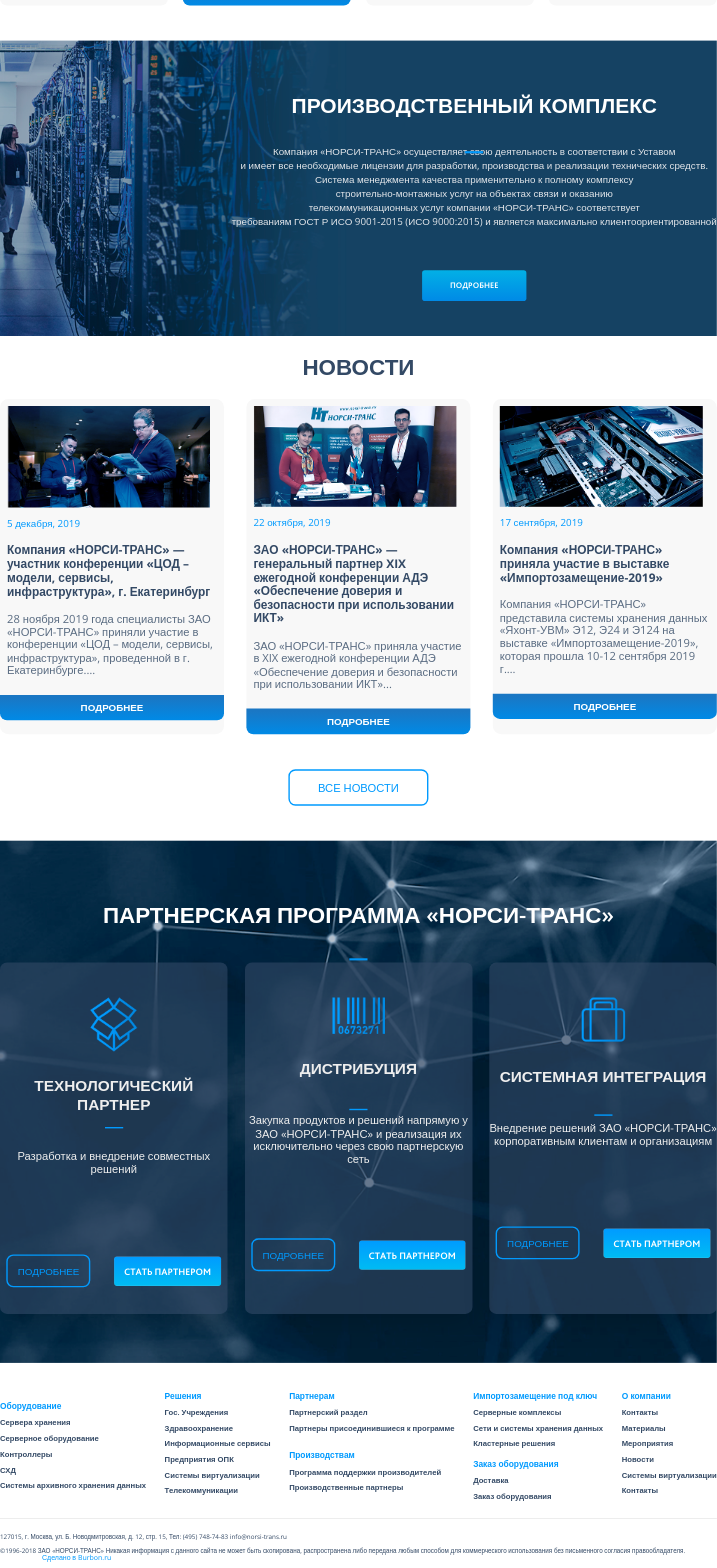
Repository: frostnn/testTaskBurbon
Page: app/index.html
The author's editor kept a copy of each file at every save. The page is drawn from the files as they stood at one save, then again after the next save.
The browser window is 1024 px wide. The pictures show the part of the page from y = 1120 to 3360 px (the page is 3360 px tall before and 3340 px after), at 70% of full size.
The style sheet was rebuilt from its Sass, Less or Tailwind sources for each picture, by a compiler version that may differ from the author's.

Above is the page before, as saved 2020-07-16 11:25:14.

### app/index.html
<!DOCTYPE html>
<html lang="en">
<head>
  <meta charset="UTF-8">
  <meta name="viewport" content="width=device-width, initial-scale=1.0">
  <meta http-equiv="X-UA-Compatible" content="ie=edge">
  <link rel="stylesheet" href="css/style.min.css">
  <title>Test task</title>
</head>
<body>
  <div class="bg-test">
    <header class="header">
        <div class="header-logo">
          <img src="./img/NT_logo_color.png" alt="Логотип" class="header-logo__img">
        </div>
        <nav class="header-nav">
          <ul class="header-nav__list">
            <li class="header-nav__list-item">
              <a href="#" class="header-nav__list-link">оборудование</a>
            </li>
            <li class="header-nav__list-item">
              <a href="#" class="header-nav__list-link">решения</a>
            </li>
            <li class="header-nav__list-item">
              <a href="#" class="header-nav__list-link">партнерам</a>
            </li>
            <li class="header-nav__list-item">
              <a href="#" class="header-nav__list-link">производствам</a>
            </li>
            <li class="header-nav__list-item">
              <a href="#" class="header-nav__list-link">импортозамещение под ключ</a>
            </li>
            <li class="header-nav__list-item">
              <a href="#" class="header-nav__list-link">заказ оборудования</a>
            </li>
            <li class="header-nav__list-item">
              <a href="#" class="header-nav__list-link">о компании</a>
            </li>
          </ul>
        </nav>
        <div class="header-search">
          <img src="./img/search.png" alt="Поиск" class="header-search__img">
        </div>
    </header>
    <section class="slider">
      <div class="slider-block">
        <div class="slider-block__content">
          <h1 class="slider-block__content-title">Яхонт-увм э24</h1>
          <p class="slider-block__content-text">
            программно-аппаратный комплекс высокопроизводительной загрузки <br>
            и накопления массивов CDR/IPDR данных, выполнения задач<br>
            по их обработке
          </p>
          <a href="#" class="slider-block__content-link btn">Подробнее</a>
        </div>
        <div class="slider-block__content">
          <h1 class="slider-block__content-title">Яхонт-увм э24</h1>
          <p class="slider-block__content-text">
            программно-аппаратный комплекс высокопроизводительной загрузки <br>
            и накопления массивов CDR/IPDR данных, выполнения задач<br>
            по их обработке
          </p>
        <!--  <img src="./img/VPS.png" alt="" class="slider-block__content-img"> -->
          <a href="#" class="slider-block__content-link btn">Подробнее</a>
        </div>
        <div class="slider-block__content">
          <h1 class="slider-block__content-title">Яхонт-увм э24</h1>
          <p class="slider-block__content-text">
            программно-аппаратный комплекс высокопроизводительной загрузки <br>
            и накопления массивов CDR/IPDR данных, выполнения задач<br>
            по их обработке
          </p>
          <a href="#" class="slider-block__content-link btn">Подробнее</a>
        </div>
      </div>
    </section>
  </div>
  <section class="industries">
    <h2 class="industries-title">Наши отрасли</h2>
    <div class="industries-block">
      <div class="industries-block__content">
        <img src="./img/healths.png" alt="healths" class="industries-block__content-img">
        <h3 class="industries-block__content-title">Здравоохранение</h3>
        <p class="industries-block__content-text">
          Системы хранения данных. Интеграция
          в действующую ИКТ-структуру. Программно-аппаратный комплекс «Яхонт-ЭМК»,
          предназначенный для хранения и ведения медицинских интегрированных архивов
        </p>
        <a href="" class="industries-block__content-link">Подробнее</a>
      </div>
      <div class="industries-block__content">
        <img src="./img/gov.png" alt="government" class="industries-block__content-img">
        <h3 class="industries-block__content-title">Государственный сектор </h3>
        <p class="industries-block__content-text">
          Системы хранения данных. Интеграция в действующую ИКТ-структуру.
          Импортонезависимый программно-аппаратный комплекс систем электронного документооборота
          и аналитической отчетности
        </p>
        <a href="" class="industries-block__content-link">Подробнее</a>
      </div>
      <div class="industries-block__content">
        <img src="./img/telecom.png" alt="telecom" class="industries-block__content-img">
        <h3 class="industries-block__content-title">Телекоммуникации</h3>
        <p class="industries-block__content-text">
          Системы хранения данных. Интеграция в действующую ИКТ-структуру.
          Программно-аппаратный комплекс «Яхонт-ЭМК»,
          предназначенный для хранения и ведения медицинских интегрированных архивов
        </p>
        <a href="" class="industries-block__content-link">Подробнее</a>
      </div>
      <div class="industries-block__content">
        <img src="./img/opk.png" alt="opk" class="industries-block__content-img">
        <h3 class="industries-block__content-title">Предприятия ОПК</h3>
        <p class="industries-block__content-text">
          Системы хранения данных. Интеграция в действующую ИКТ-структуру.
          Импортонезависимый программно-аппаратный комплекс систем электронного документооборота
          и аналитической отчетности
        </p>
        <a href="#" class="industries-block__content-link">Подробнее</a>
      </div>
    </div>
  </section>
  <main class="production">
    <div class="production-wrapper">
      <div class="production-block">
        <h2 class="production-block__title">Производственный комплекс</h2>
        <p class="production-block__text">
          Компания «НОРСИ-ТРАНС» осуществляет свою деятельность в соответствии с Уставом <br>
          и имеет все необходимые лицензии для разработки, производства и реализации технических средств.<br>
          Система менеджмента качества применительно к полному комплексу<br>
          строительно-монтажных услуг на объектах связи и оказанию <br>
          телекоммуникационных услуг компании «НОРСИ-ТРАНС» соответствует <br>
          требованиям ГОСТ Р ИСО 9001-2015 (ИСО 9000:2015) и является максимально клиентоориентированной
        </p>
        <a href="#" class="production-block__link btn">подробнее</a>
      </div>
    </div>
  </main>
  <section class="news">
    <h2 class="news-title">Новости</h2>
      <div class="news-block">
        <div class="news-block__content">
          <img src="./img/news_1.png" alt="news_img" class="news-block__content-img">
          <span class="news-block__content-date">5 декабря, 2019</span>
          <h4 class="news-block__content-title">
            Компания «НОРСИ-ТРАНС» — участник конференции «ЦОД – модели,
            сервисы, инфраструктура», г. Екатеринбург
          </h4>
          <p class="news-block__content-text">
            28 ноября 2019 года специалисты ЗАО «НОРСИ-ТРАНС»
            приняли участие в конференции «ЦОД – модели, сервисы,
            инфраструктура», проведенной в г. Екатеринбурге.…
          </p>
          <a href="#" class="news-block__content-link">Подробнее</a>
        </div>
          <div class="news-block__content">
            <img src="./img/news_2.png" alt="news_img" class="news-block__content-img">
            <span class="news-block__content-date">22 октября, 2019</span>
            <h4 class="news-block__content-title">
              ЗАО «НОРСИ-ТРАНС» — генеральный партнер XIX
              ежегодной конференции АДЭ «Обеспечение доверия
              и безопасности при использовании ИКТ»
            </h4>
            <p class="news-block__content-text">
              ЗАО «НОРСИ-ТРАНС» приняла участие в XIX ежегодной конференции
              АДЭ «Обеспечение доверия и безопасности при использовании ИКТ»...
            </p>
            <a href="#" class="news-block__content-link">Подробнее</a>
          </div>
          <div class="news-block__content">
            <img src="./img/news_3.png" alt="news_img" class="news-block__content-img">
            <span class="news-block__content-date">17 сентября, 2019</span>
            <h4 class="news-block__content-title">
              Компания «НОРСИ-ТРАНС» приняла участие
              в выставке «Импортозамещение-2019»
            </h4>
            <p class="news-block__content-text">
              Компания «НОРСИ-ТРАНС» представила системы хранения данных
              «Яхонт-УВМ» Э12, Э24 и Э124 на выставке «Импортозамещение-2019»,
              которая прошла 10-12 сентября 2019 г.…
            </p>
            <a href="#" class="news-block__content-link">Подробнее</a>
          </div>
      </div>
      <div class="btn-wrapper">
        <button class="news-btn">Все новости</button>
      </div>
  </section>
  <section class="program">
    <div class="program-wrapper">
      <h2 class="program-title">Партнерская программа «НОРСИ-ТРАНС» </h2>
      <div class="program-block__wrapper">
        <div class="program-block">
          <img src="./img/box.png" alt="box" class="program-block__img">
          <h5 class="program-block__title">Технологический партнер</h5>
          <p class="program-block__text">Разработка и внедрение совместных решений </p>
          <div class="program-block__btn">
            <a href="#" class="program-block__btn-link">подробнее</a>
            <button class="program-block__btn-btn btn">стать партнером</button>
          </div>
        </div>
        <div class="program-block">
          <img src="./img/code.png" alt="box" class="program-block__img">
          <h5 class="program-block__title">Дистрибуция</h5>
          <p class="program-block__text">
            Закупка продуктов и решений напрямую у ЗАО «НОРСИ-ТРАНС»
            и реализация их исключительно через свою партнерскую сеть
          </p>
          <div class="program-block__btn">
            <a href="#" class="program-block__btn-link">подробнее</a>
            <button class="program-block__btn-btn btn">стать партнером</button>
          </div>
        </div>
        <div class="program-block">
          <img src="./img/case.png" alt="box" class="program-block__img">
          <h5 class="program-block__title">Системная интеграция</h5>
          <p class="program-block__text">
            Внедрение решений ЗАО «НОРСИ-ТРАНС»
            корпоративным клиентам и организациям
          </p>
          <div class="program-block__btn">
            <a href="#" class="program-block__btn-link">подробнее</a>
            <button class="program-block__btn-btn btn">стать партнером</button>
          </div>
        </div>
      </div>
    </div>
  </section>
  <footer class="footer">
    <div class="footer-nav">
      <div class="equipment-block">
        <ul class="equipment-block__list">
          <li class="equipment-block__list-title">Оборудование</li>
          <li class="equipment-block__list-item"> <a href="#" class="equipment-block__item-link"> Сервера хранения</a></li>
          <li class="equipment-block__list-item"> <a href="#" class="equipment-block__item-link">Серверное оборудование</a></li>
          <li class="equipment-block__list-item"> <a href="#" class="equipment-block__item-link"> Контроллеры</a></li>
          <li class="equipment-block__list-item"> <a href="#" class="equipment-block__item-link">СХД</a></li>
          <li class="equipment-block__list-item"> <a href="#" class="equipment-block__item-link">Системы архивного хранения данных</a></li>
        </ul>
      </div>
      <div class="decisions-block">
        <ul class="decisions-block__list">
          <li class="decisions-block__list-title">Решения</li>
          <li class="decisions-block__list-item"> <a href="#" class="decisions-block__item-link"> Гос. Учреждения</a></li>
          <li class="decisions-block__list-item"> <a href="#" class="decisions-block__item-link">Здравоохранение</a></li>
          <li class="decisions-block__list-item"> <a href="#" class="decisions-block__item-link">Информационные сервисы</a></li>
          <li class="decisions-block__list-item"> <a href="#" class="decisions-block__item-link">Предприятия ОПК</a></li>
          <li class="decisions-block__list-item"> <a href="#" class="decisions-block__item-link">Системы виртуализации</a></li>
          <li class="decisions-block__list-item"> <a href="#" class="decisions-block__item-link">Телекоммуникации</a></li>
        </ul>
      </div>
      <div class="partners-block">
        <ul class="partners-block__list">
          <li class="partners-block__list-title">Партнерам</li>
          <li class="partners-block__list-item"> <a href="#" class="partners-block__item-link">Партнерский раздел</a></li>
          <li class="partners-block__list-item"> <a href="#" class="partners-block__item-link">Партнеры присоединившиеся к программе</a></li>
        </ul>
        <ul class="productions-block__list">
          <li class="productions-block__list-title">Производствам</li>
          <li class="productions-block__list-item"> <a href="#" class="productions-block__item-link">Программа поддержки производителей</a></li>
          <li class="productions-block__list-item"> <a href="#" class="productions-block__item-link">Производственные партнеры</a></li>
        </ul>
      </div>
      <div class="import-block">
        <ul class="import-block__list">
          <li class="import-block__list-title">Импортозамещение под ключ</li>
          <li class="import-block__list-item"> <a href="#" class="import-block__item-link"> Серверные комплексы</a></li>
          <li class="import-block__list-item"> <a href="#" class="import-block__item-link">Сети и системы хранения данных</a></li>
          <li class="import-block__list-item"> <a href="#" class="import-block__item-link">Кластерные решения</a></li>
        </ul>
        <ul class="equipment-block__list">
          <li class="equipment-block__list-title">Заказ оборудования</li>
          <li class="equipment-block__list-item"> <a href="#" class="equipment-block__item-link">Доставка</a></li>
          <li class="equipment-block__list-item"> <a href="#" class="equipment-block__item-link">Заказ оборудования</a></li>
        </ul>
      </div>
      <div class="nav-block">
        <ul class="nav-block__list">
          <li class="nav-block__list-title" >О компании</li>
          <li class="nav-block__list-item" > <a href="#" class="nav-block__item-link">Контакты</a></li>
          <li class="nav-block__list-item" > <a href="#" class="nav-block__item-link">Материалы</a></li>
          <li class="nav-block__list-item" > <a href="#" class="nav-block__item-link">Мероприятия</a></li>
          <li class="nav-block__list-item" > <a href="#" class="nav-block__item-link">Новости</a></li>
          <li class="nav-block__list-item" > <a href="#" class="nav-block__item-link">Системы виртуализации</a></li>
          <li class="nav-block__list-item" > <a href="#" class="nav-block__item-link">Контакты</a></li>
        </ul>
      </div>
    </div>
    <div class="subfooter">
      <p class="subfooter-contacts">
        127015, г. Москва, ул. Б. Новодмитровская,
        д. 12, стр. 15, Тел: <a href="tel:(495) 748-74-83" class="subfooter-contacts__link">(495) 748-74-83</a> <a href="mailto:info@norsi-trans.ru" class="subfooter-contacts__link">info@norsi-trans.ru</a>
      </p>
      <p class="subfooter-info">
        ©1996-2018 ЗАО «НОРСИ-ТРАНС» Никакая информация с данного сайта не может быть скопирована,
        распространена либо передана любым способом для коммерческого использования без письменного согласия правообладателя.
        <a href="https://burbon.ru/" class="subfooter-link">Сделано в Burbon.ru</a>
      </p>

    </div>
  </footer>
  <script src="https://ajax.googleapis.com/ajax/libs/jquery/3.4.1/jquery.min.js"></script>
  <script src="js/libs.min.js"></script>
  <script src="js/main.js"></script>
</body>
</html>

### app/scss/_vars.scss
$white: #fff;
$blue: #019afe;

### app/scss/_fonts.scss
@import url('https://fonts.googleapis.com/css2?family=Open+Sans:wght@300;400;600;700;800&display=swap');
@font-face {
  font-family: 'Bliss Pro Bold';
  src: url('../fonts/BlissPro-Bold.eot');
  src: url('../fonts/BlissPro-Bold.eot?#iefix') format('embedded-opentype'),
  url('../fonts/BlissPro-Bold.woff') format('woff'),
  url('../fonts/BlissPro-Bold.ttf') format('truetype');
  font-weight: normal;
  font-style: normal;
  }

### app/scss/_global.scss
html {
  box-sizing: border-box;
}
body {
  font-family: 'Open Sans', sans-serif;
}
*,
*::before,
*::after {

  box-sizing: inherit;
}
a {
  display: inline;
  text-decoration: none;
  color: #fff;
}
ul,
li {
  list-style: none;
  margin: 0;
  padding: 0;
}

### app/scss/_media.scss
@media (max-width: 1452px) {
  .footer,
  .news,
  .industries,
  .production-wrapper,
  .program-wrapper,
  .header,
  .slider {
    max-width: 1350px;
  }
  .header-nav__list {
    .header-nav__list-item {
      margin-right: 30px;
    }
    .header-nav__list-link {
      font-size: 12px;
    }
  }
  .slider-block__content-title {
    font-size: 42px;
  }
  .slider-block__content-text {
    font-size: 18px;
  }
  .industries-block__content {
    max-width: 320px;
    .industries-block__content-title {
      font-size: 16px;
    }
    .industries-block__content-text {
      font-size: 14px;
    }
    .industries-block__content-img {
      max-width: 320px;
    }
  }
  .production {
    background-position: center;
  }
  .news-block__content {
    max-width: 430px;
    .news-block__content-img {
      max-width: 420px;
    }
    .news-block__content-title {
      font-size: 18px;

    }
    .news-block__content-date {
      font-size: 14px;

    }
    .news-block__content-text {
      font-size: 18px;
    }
  }
  .program-block {
    width: 424px;
  }
  .program-block .program-block__btn-btn {
    padding: 15px 20px;
  }
  .program-block .program-block__btn-link {
    padding: 12px 28px;
  }
  .footer-nav {
    .equipment-block__list-title,
    .decisions-block__list-title,
    .partners-block__list-title,
    .productions-block__list-title,
    .import-block__list-title,
    .equipment-block__list-title,
    .nav-block__list-title {
      font-size: 12px;
    }
    a {
      font-size: 11px;
    }
  }
  .subfooter {
    .subfooter-contacts {
      font-size: 9px;
    }
    .subfooter-info{
      font-size: 9px;
    }
    .subfooter-link {
      font-size: 10px;
      margin-left: 60px;
    }
  }
}
@media (max-width: 1360px) {
  .footer,
  .news,
  .industries,
  .production-wrapper,
  .program-wrapper,
  .header,
  .slider {
    max-width: 1280px;
  }
  .industries-block__content {
    max-width: 300px;
    .industries-block__content-img {
      max-width: 300px;
    }
  }
  .news-block__content {
    max-width: 420px;
    .news-block__content-img {
      max-width: 410px;
    }
  }
  .program-block {
    width: 413px;
  }

}

@media (max-width: 1245px) {
  .footer,
  .news,
  .industries,
  .production-wrapper,
  .program-wrapper,
  .header,
  .slider {
    max-width: 1190px;
  }
  .industries-block__content {
    max-width: 280px;
    .industries-block__content-img {
      max-width: 280px;
    }
  }
  .news-block__content {
    max-width: 380px;
    .news-block__content-img {
      max-width: 370px;
    }
  }
  .program-block {
    width: 370px;
  }
  .header-nav__list {
    .header-nav__list-item {
      margin-right: 30px;
    }
    .header-nav__list-link {
      font-size: 10px;
    }
  }
}

@media (max-width: 1200px) {
  .footer,
  .news,
  .industries,
  .production-wrapper,
  .program-wrapper,
  .header,
  .slider {
    max-width: 1100px;
  }
  .industries-block__content {
    max-width: 240px;
    .industries-block__content-img {
      max-width: 240px;
    }
  }
  .news-block__content {
    max-width: 380px;
    .news-block__content-img {
      max-width: 370px;
    }
  }
  .program-block {
    width: 370px;
  }
  .header-nav__list {
    .header-nav__list-item {
      margin-right: 15px;
    }
    .header-nav__list-link {
      font-size: 10px;
    }
  }

}
@media (min-width: 992px) and (max-width: 1199px) {
  .footer,
  .news,
  .industries,
  .production-wrapper,
  .program-wrapper,
  .header,
  .slider {
    max-width: 1120px;
  }
  .slider-block__content-link .btn{
    font-size: 14px;
  }
  .industries-block__content {
    max-width: 240px;
    .industries-block__content-img {
      max-width: 240px;
    }
  }
  .news-block__content {
    max-width: 320px;
    .news-block__content-img {
      max-width: 310px;
    }
    .news-block__content-text {
      font-size: 16px;
    }
    .news-block__content-title {
      font-size: 17px;
  }
  }

  .program-block {
    width: 325px;
    .program-block__text {
      font-size: 14px;
    }
    .program-block__text {
      font-size: 20px;
    }
  }
  .program-title, .news-title, .industries-title {
    font-size: 32px;
  }
  .header-nav__list {
    .header-nav__list-item {
      margin-right: 15px;
    }
    .header-nav__list-link {
      font-size: 10px;
    }
  }
  .production-block {
    .production-block__text {

      font-size: 14px;
    }
    .production-block__link {
      margin-bottom: 50px;
      font-size: 12px;
    }
  }
  .program-block .program-block__btn-btn {
    padding: 13px 14px;
    font-size: 14px;
  }
  .program-block .program-block__btn-link {
    padding: 12px 14px;
  }
  .program-block .program-block__title {
    font-size: 22px;
    text-align: center;
  }
  .program-block .program-block__text {
    font-size: 16px;
}
}

Loaded but not shown: app/js/libs.min.js (library); app/js/main.js (5 lines, source omitted); app/scss/style.scss (456 lines, source omitted); app/scss/_libs.scss (469 lines, source omitted)

After the next save:
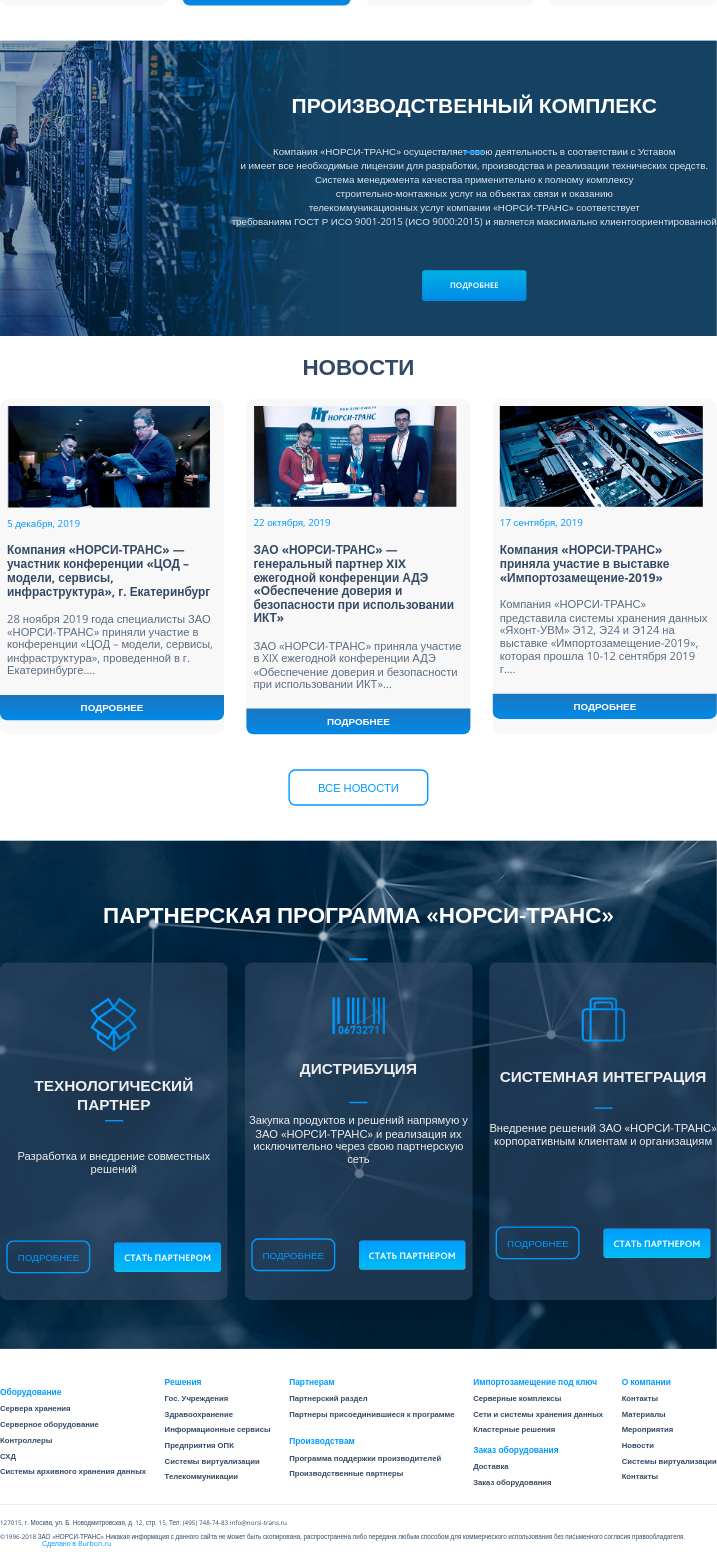
Saved 119 s later.
--- a/app/scss/_media.scss
+++ b/app/scss/_media.scss
@@ -263,5 +263,12 @@
   }
   .program-block .program-block__text {
     font-size: 16px;
-}
-}
+  }
+.program-block:nth-child(1) {
+  .program-block__btn {
+    margin-top: 20px;
+
+  }
+  }
+
+}
